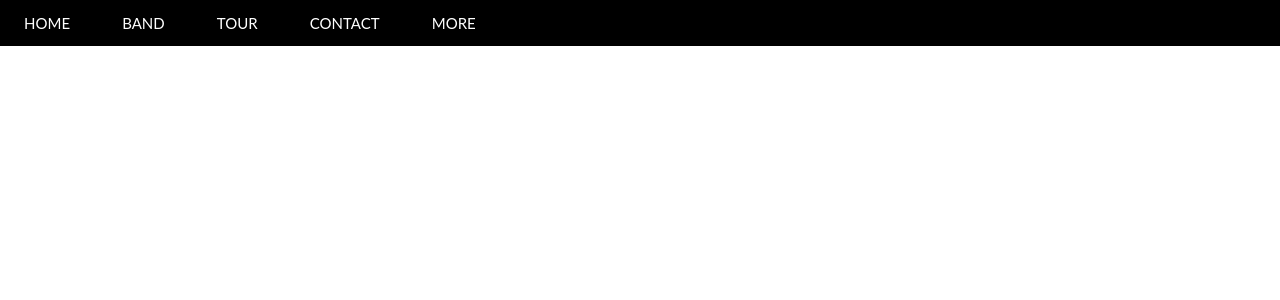
Repository: tatvanhco/web-dau-tay
Page: index.html
An editor plug-in stored every save of this project. The page is shown before and after the next save, followed by the edit.
The browser window is 1280 px wide. The pictures show the whole page.

Above is the page before, as saved 2022-01-23 16:13:06.

### index.html
<!DOCTYPE html>
<html lang="en">
<head>
    <meta charset="UTF-8">
    <!-- <meta http-equiv="X-UA-Compatible" content="IE=edge"> -->
    <meta name="viewport" content="width=device-width, initial-scale=1.0">
    <title>the band</title>
    <link rel="shortcut icon" href="./assets/img/band/logo.png" type="image/x-icon">
    <link rel="stylesheet" href="./assets/css/main.css">
    <link rel="stylesheet" href="./assets/css/responsive.css">
</head>
<body>
    <div id="main">
        <div id="header">
            <ul class="menu">
                <li><a href="#">home</a></li>
                <li><a href="#">band</a></li>
                <li><a href="#">tour</a></li>
                <li><a href="#">contact</a></li>
                <li><a href="#">more</a>
                <i class="drop-down ti-angle-down"></i>
                </li>
            </ul>
        </div>
        <div id="content">

        </div>
        <div id="footer">

        </div>
    </div>
</body>
</html>

### assets/css/main.css
* {
    margin: 0;
    padding: 0;
    box-sizing: border-box;
}

body {
    font-family: "Lato", sans-serif;
}

#header {
    width: 100%;
    height: 46px;
    background-color: #000;
}

#header .menu {
    color: #fff;
}

#header .menu li {
    display: inline-block;
    list-style-type: none;
}

#header .menu li a {
    color: #fff;
    font-size: 15px;
    text-decoration: none;
    line-height: 46px;
    padding: 12px 24px;
    text-transform: uppercase;
}

#header .menu li .drop-down {
    color: #fff;
    width: 12px;
    height: 12px;
}

Loaded but not shown: assets/css/responsive.css (no copy from this time; the picture is the same without it)

After the next save:
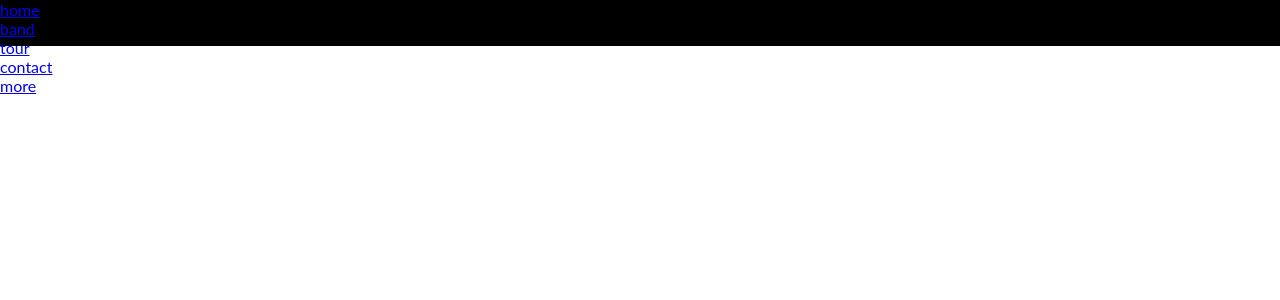
Saved 110 s later.
--- a/index.html
+++ b/index.html
@@ -12,7 +12,7 @@
 <body>
     <div id="main">
         <div id="header">
-            <ul class="menu">
+            <ul id="nav">
                 <li><a href="#">home</a></li>
                 <li><a href="#">band</a></li>
                 <li><a href="#">tour</a></li>
